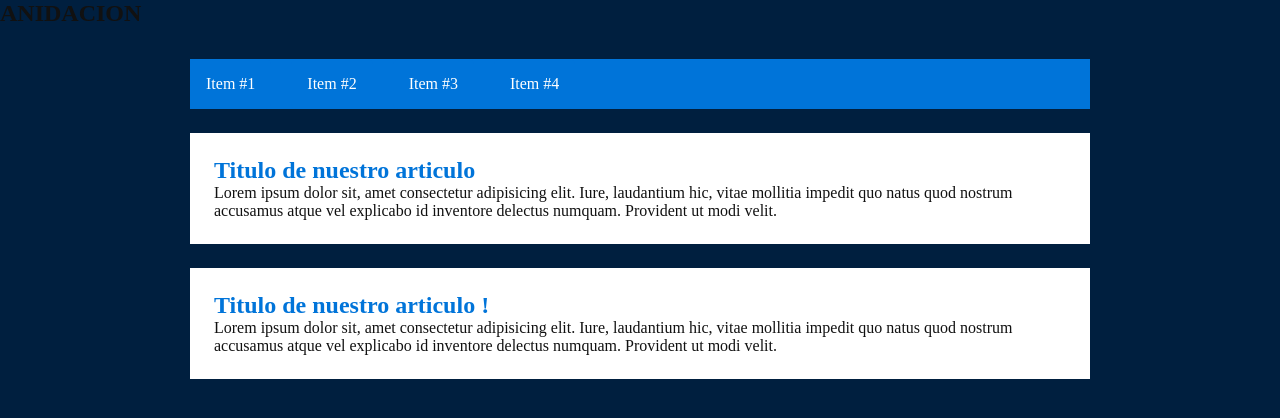
Repository: Alan966/Sass-desde-cero
Page: claseThree/index.html
These files come from the project's save history. The page is drawn as it stood at one moment and after the next save; the edit follows.
The browser window is 1280 px wide. The pictures show the whole page.
The style sheet was rebuilt from its Sass, Less or Tailwind sources for each picture, by a compiler version that may differ from the author's.

Above is the page before, as saved 2022-09-07 13:01:05.

After the next save:
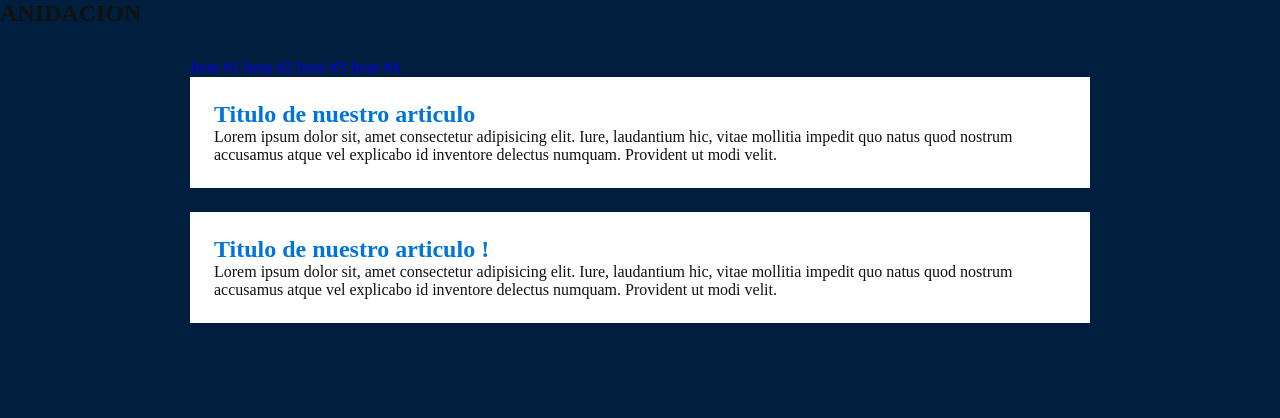
Saved 9 s later.
--- a/claseThree/main.sass
+++ b/claseThree/main.sass
@@ -6,23 +6,7 @@
     max-width: 900px
     margin: 2em auto
 
-// Header
 
-header
-    background: $color-primario
-    margin-bottom: 1.5em
-    nav
-        a
-            padding: 1em
-            color: #FFF
-            text-decoration: none
-            background: $color-primario
-            display: inline-block
-            margin-right: 1em
-            border-radius: 5px
-            &:hover
-                background: #FF851B
-                text-decoration: none
 
 // Section .Main
 

After the 4 saves that followed:
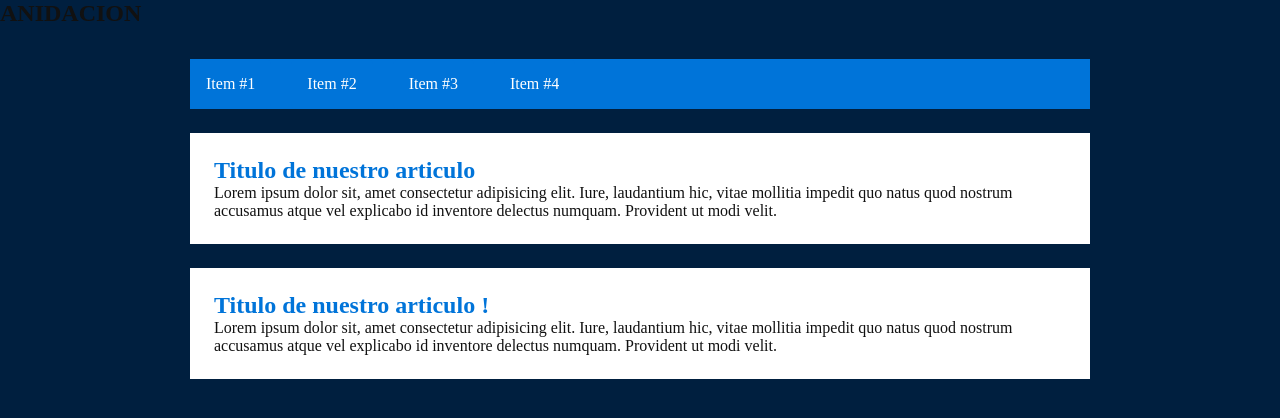
The 4 saves are shown as one change because 2 left the picture as it was and some came seconds apart.
The last was saved 42 s later.
--- a/claseThree/main.sass
+++ b/claseThree/main.sass
@@ -1,10 +1,6 @@
 @import _variable
 @import _basicos
-
-.contenedor
-    width: 90%
-    max-width: 900px
-    margin: 2em auto
+@import _header
 
 
 
--- /dev/null
+++ b/claseThree/_header.sass
@@ -0,0 +1,22 @@
+// Header
+
+header
+    background: $color-primario
+    margin-bottom: 1.5em
+    nav
+        a
+            padding: 1em
+            color: #FFF
+            text-decoration: none
+            background: $color-primario
+            display: inline-block
+            margin-right: 1em
+            border-radius: 5px
+            &:hover
+                background: #FF851B
+                text-decoration: none
+
+.contenedor
+    width: 90%
+    max-width: 900px
+    margin: 2em auto
